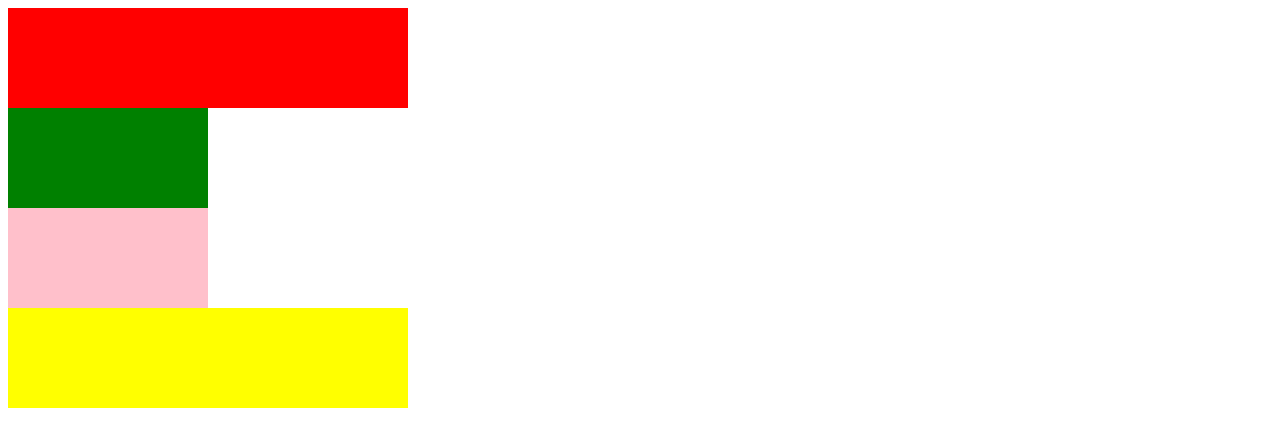
Repository: natuki-i/curriculum
Page: HTML/index.html
The author's editor kept a copy of each file at every save. The page is drawn from the files as they stood at one save, then again after the next save.
The browser window is 1280 px wide. The pictures show the whole page.

Above is the page before, as saved 2022-11-25 21:11:57.

After the next save:
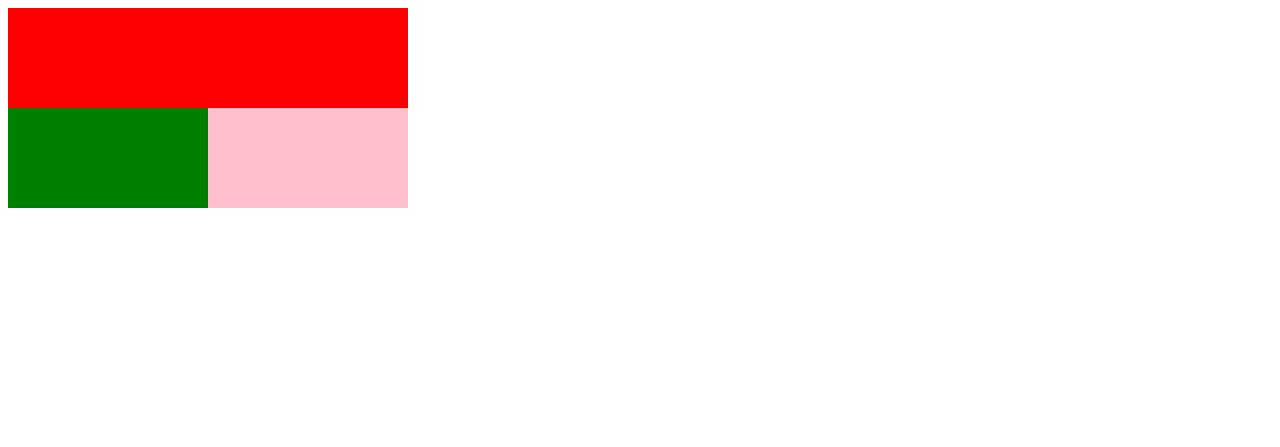
Saved 2 min 59 s later.
--- a/HTML/css/style.css
+++ b/HTML/css/style.css
@@ -14,12 +14,15 @@
     width: 200px;
     height: 100px;
     background-color: green;
+    float: left;
 }
 
 .right {
     width: 200px;
     height: 100px;
     background-color: pink;
+    float: left;
+
 }
 
 .footer {
